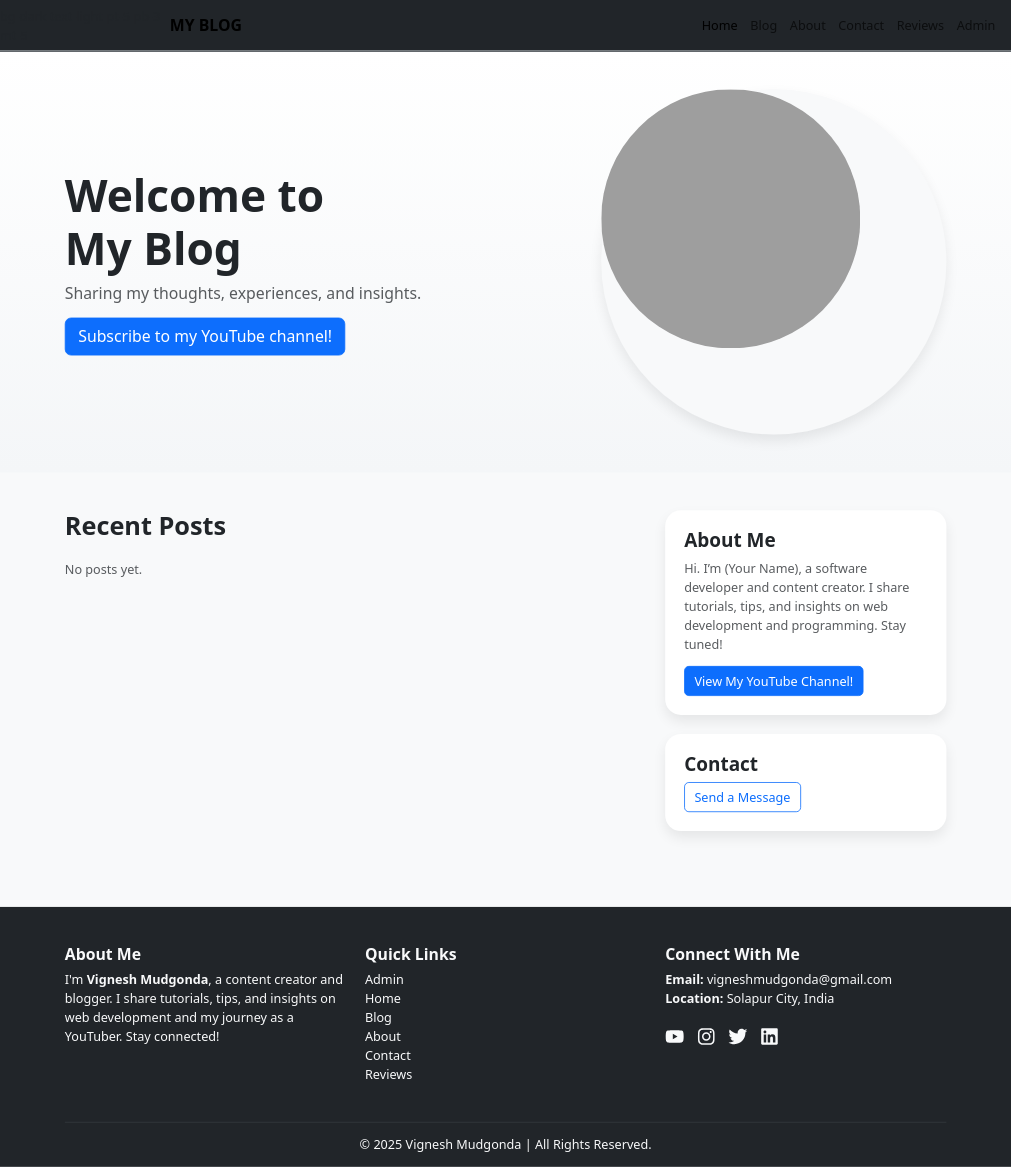
Repository: vigneshmudgonda/Blog2
Page: / (app in blog-frontend-full/)
These files come from the project's save history. The page is drawn as it stood at one moment and after the next save; the edit follows.
The browser window is 1280 px wide. The pictures show the whole page, at 79% of full size.
Pictures or frames that could not be fetched are drawn as grey boxes. The page's requests for data from a server got no answer. The project was rebuilt for these pictures with package versions that can differ from the ones it lists, and the page was loaded fresh each time. No one was signed in, and anything a server would have sent is missing. Also part of the build but not shown: blog-frontend-full/src/pages/BlogList.js, blog-frontend-full/src/pages/BlogDetail.js, blog-frontend-full/src/pages/Reviews.js, blog-frontend-full/src/pages/Contact.js, blog-frontend-full/src/pages/About.js, blog-frontend-full/src/pages/AdminLogin.js.

Above is the page before, as saved 2025-08-19 19:38:08.

### blog-frontend-full/public/index.html
<!DOCTYPE html>
<html lang="en">
  <head>
    <meta charset="utf-8" />
    <meta name="viewport" content="width=device-width, initial-scale=1" />
    <title>My Blog</title>
    <meta name="description" content="Personal blog powered by React + Bootstrap" />
    <link rel="icon" href="%PUBLIC_URL%/favicon.ico" />
  </head>
  <body>
    <noscript>You need to enable JavaScript to run this app.</noscript>
    <div id="root"></div>
  </body>
</html>

### blog-frontend-full/src/index.js
import React from 'react';
import { createRoot } from 'react-dom/client';
import { BrowserRouter } from 'react-router-dom';
import App from './App';
import 'bootstrap/dist/css/bootstrap.min.css';
import 'bootstrap/dist/js/bootstrap.bundle.min.js';
import './index.css';

const root = createRoot(document.getElementById('root'));
root.render(
  <BrowserRouter>
    <App/>
  </BrowserRouter>
);

### blog-frontend-full/src/App.js
import React from 'react';
import { Routes, Route } from 'react-router-dom';
import Navbar from './components/Navbar';
import Footer from './components/Footer';
import Home from './pages/Home';
import BlogList from './pages/BlogList';
import BlogDetail from './pages/BlogDetail';
import Reviews from './pages/Reviews';
import Contact from './pages/Contact';
import About from './pages/About';
import AdminLogin from './pages/AdminLogin';

export default function App(){
  return (
    <div className="d-flex flex-column min-vh-100">
      <Navbar/>
      <main className="flex-grow-1">
        <Routes>
          <Route path="/" element={<Home/>} />
          <Route path="/blog" element={<BlogList/>} />
          <Route path="/blog/:id" element={<BlogDetail/>} />
          <Route path="/reviews" element={<Reviews/>} />
          <Route path="/contact" element={<Contact/>} />
          <Route path="/about" element={<About/>} />
          <Route path="/login" element={<AdminLogin/>} />
        </Routes>
      </main>
      <Footer/>
    </div>
  );
}

### blog-frontend-full/src/index.css
:root{--radius:1.25rem}
body{background:#f8f9fa}
.shadow-soft{box-shadow:0 .5rem 1rem rgba(0,0,0,.08)}
.rounded-2xl{border-radius:var(--radius)}
.hero{background:linear-gradient(180deg,#ffffff 0%,#f4f6f8 100%)}
.post-card img{object-fit:cover;height:180px}
a{text-decoration:none}

### blog-frontend-full/src/components/Navbar.js
import React from 'react';
import { Link, NavLink } from 'react-router-dom';

export default function Navbar(){
  return (
    <nav className="navbar navbar-expand-lg bg-dark text border-bottom sticky-top">bg-dark text-light pt-5 pb-3 mt-5
      <div className="container">
        <Link className="navbar-brand fw-bold" to="/">MY BLOG</Link>
        <button className="navbar-toggler" type="button" data-bs-toggle="collapse" data-bs-target="#nav">
          <span className="navbar-toggler-icon"></span>
        </button>
        <div id="nav" className="collapse navbar-collapse ">
          <ul className="navbar-nav ms-auto">
            <li className="nav-item"><NavLink end className="nav-link" to="/">Home</NavLink></li>
            <li className="nav-item"><NavLink className="nav-link" to="/blog">Blog</NavLink></li>
            <li className="nav-item"><NavLink className="nav-link" to="/about">About</NavLink></li>
            <li className="nav-item"><NavLink className="nav-link" to="/contact">Contact</NavLink></li>
            <li className="nav-item"><NavLink className="nav-link" to="/reviews">Reviews</NavLink></li>
            <li className="nav-item"><NavLink className="nav-link" to="/login">Admin</NavLink></li>
          </ul>
        </div>
      </div>
    </nav>
  );
}

### blog-frontend-full/src/components/Footer.js
import React from "react";
import { Link } from "react-router-dom";
import {
  FaYoutube,
  FaInstagram,
  FaTwitter,
  FaLinkedin,
} from "react-icons/fa";

export default function Footer() {
  return (
    <footer className="bg-dark text-light pt-5 pb-3 mt-5">
      <div className="container">
        <div className="row">
          {/* About Me */}
          <div className="col-md-4 mb-3">
            <h5 className="fw-bold">About Me</h5>
            <p>
              I'm <strong>Vignesh Mudgonda</strong>, a content creator and
              blogger. I share tutorials, tips, and insights on web development
              and my journey as a YouTuber. Stay connected!
            </p>
          </div>

          {/* Quick Links */}
          <div className="col-md-4 mb-3">
            <h5 className="fw-bold">Quick Links</h5>
            <ul className="list-unstyled">
              <li><Link to="/admin" className="text-light text-decoration-none">Admin</Link></li>
              <li><Link to="/" className="text-light text-decoration-none">Home</Link></li>
              <li><Link to="/blog" className="text-light text-decoration-none">Blog</Link></li>
              <li><Link to="/about" className="text-light text-decoration-none">About</Link></li>
              <li><Link to="/contact" className="text-light text-decoration-none">Contact</Link></li>
              <li><Link to="/reviews" className="text-light text-decoration-none">Reviews</Link></li>
            </ul>
          </div>

          {/* Connect With Me */}
          <div className="col-md-4 mb-3">
            <h5 className="fw-bold">Connect With Me</h5>
            <p>
              <strong>Email:</strong>{" "}
              <a
                href="mailto:vigneshmudgonda@gmail.com"
                className="text-light text-decoration-none"
              >
                vigneshmudgonda@gmail.com
              </a>
              <br />
              <strong>Location:</strong> Solapur City, India
            </p>
            <div className="d-flex gap-3 fs-4">
              <a href="https://youtube.com" className="text-light"><FaYoutube /></a>
              <a href="https://instagram.com" className="text-light"><FaInstagram /></a>
              <a href="https://twitter.com" className="text-light"><FaTwitter /></a>
              <a href="https://linkedin.com" className="text-light"><FaLinkedin /></a>
            </div>
          </div>
        </div>

        <hr className="border-secondary" />
        <p className="text-center mb-0">
          © 2025 Vignesh Mudgonda | All Rights Reserved.
        </p>
      </div>
    </footer>
  );
}

### blog-frontend-full/src/pages/Home.js
import React, { useEffect, useState } from 'react';
import { Link } from 'react-router-dom';
import api from '../services/api';

export default function Home(){
  const [posts, setPosts] = useState([]);

  useEffect(()=>{
    (async ()=>{
      try{
        const res = await api.get('/api/blogs', { params: { limit: 2, page: 1 } });
        setPosts(res.data.blogs || []);
      }catch(e){ console.error(e); }
    })();
  },[]);

  return (
    <div>
      <section className="hero py-5">
        <div className="container">
          <div className="row align-items-center g-5">
            <div className="col-lg-7">
              <h1 className="display-4 fw-bold">Welcome to<br/>My Blog</h1>
              <p className="lead text-muted">Sharing my thoughts, experiences, and insights.</p>
              <a href={process.env.REACT_APP_YOUTUBE_URL || '#'} target="_blank" rel="noreferrer" className="btn btn-primary btn-lg">Subscribe to my YouTube channel!</a>
            </div>
            <div className="col-lg-5">
              <div className="bg-light rounded-circle ratio ratio-1x1 d-flex align-items-center justify-content-center shadow-soft">
                <img alt="Profile" className="rounded-circle w-75 h-75 object-fit-cover" src="https://i.pravatar.cc/300" />
              </div>
            </div>
          </div>
        </div>
      </section>

      <section className="container my-5">
        <div className="row">
          <div className="col-lg-8">
            <h2 className="fw-bold mb-4">Recent Posts</h2>
            <div className="row g-4">
              {posts.map(p => (
                <div className="col-md-6" key={p._id}>
                  <div className="card rounded-2xl shadow-soft post-card h-100">
                    {p.image && <img src={p.image} className="card-img-top" alt={p.title}/>}
                    <div className="card-body">
                      <h5 className="card-title">{p.title}</h5>
                      <p className="text-muted small mb-2">{new Date(p.createdAt || Date.now()).toDateString()}</p>
                      <p className="card-text">{(p.content || '').slice(0,100)}...</p>
                      <Link to={`/blog/${p._id}`} className="btn btn-outline-primary btn-sm">Read More</Link>
                    </div>
                  </div>
                </div>
              ))}
              {!posts.length && <p className="text-muted">No posts yet.</p>}
            </div>
          </div>

          <div className="col-lg-4">
            <div className="mb-4 p-4 bg-white rounded-2xl shadow-soft">
              <h4 className="fw-bold">About Me</h4>
              <p className="text-muted">Hi. I’m (Your Name), a software developer and content creator. I share tutorials, tips, and insights on web development and programming. Stay tuned!</p>
              <a className="btn btn-primary" href={process.env.REACT_APP_YOUTUBE_URL || '#'} target="_blank" rel="noreferrer">View My YouTube Channel!</a>
            </div>
            <div className="p-4 bg-white rounded-2xl shadow-soft">
              <h4 className="fw-bold">Contact</h4>
              <Link className="btn btn-outline-primary" to="/contact">Send a Message</Link>
            </div>
          </div>
        </div>
      </section>
    </div>
  );
}

### blog-frontend-full/src/services/api.js
import axios from 'axios';
const API_URL = process.env.REACT_APP_API_URL || 'http://localhost:5000';
const api = axios.create({ baseURL: API_URL });
export default api;

After the next save:
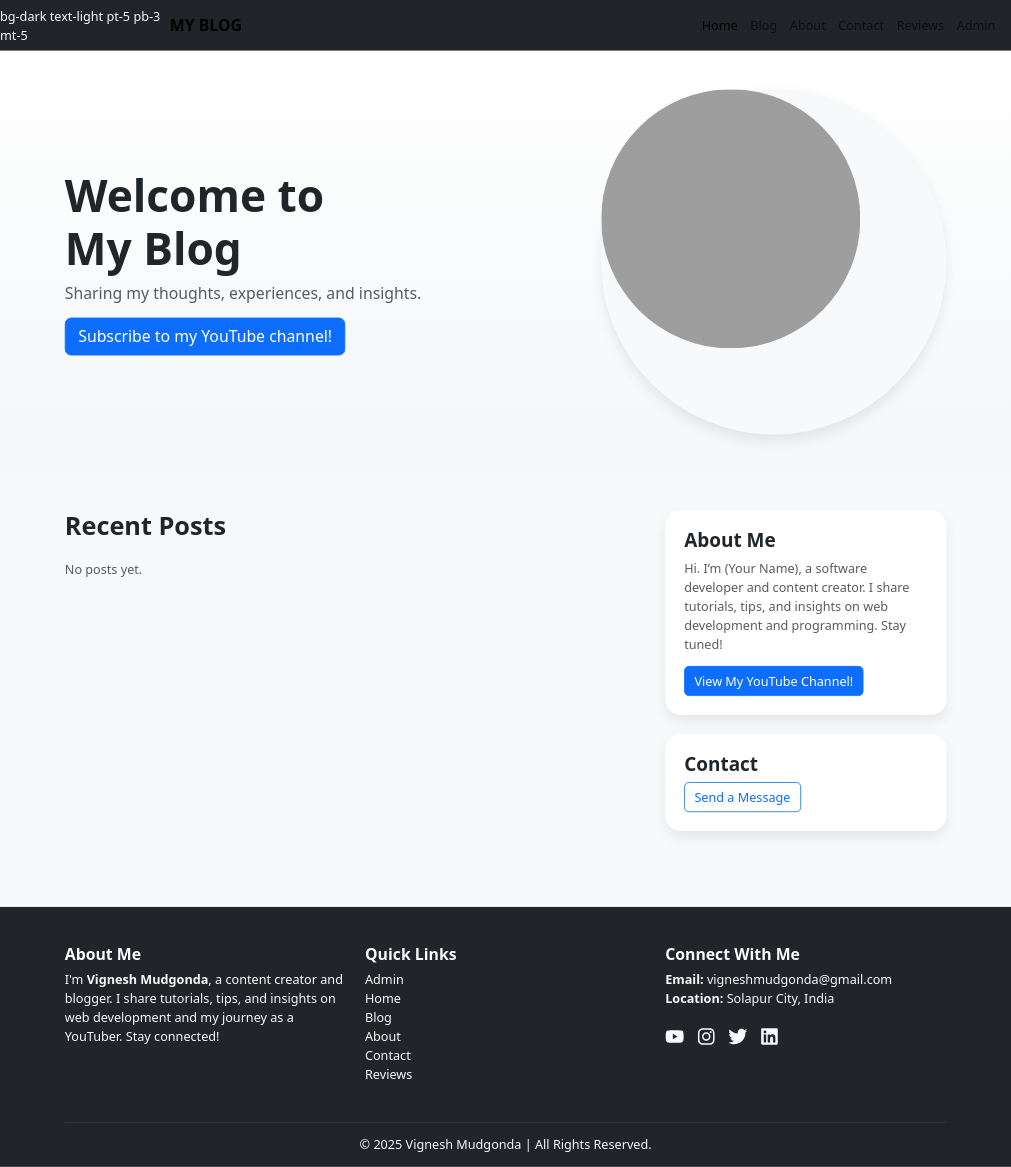
Saved 4 s later.
--- a/blog-frontend-full/src/components/Navbar.js
+++ b/blog-frontend-full/src/components/Navbar.js
@@ -3,7 +3,7 @@ import { Link, NavLink } from 'react-router-dom';
 
 export default function Navbar(){
   return (
-    <nav className="navbar navbar-expand-lg bg-dark text border-bottom sticky-top">bg-dark text-light pt-5 pb-3 mt-5
+    <nav className="navbar navbar-expand-lg bg-dark text-light border-bottom sticky-top">bg-dark text-light pt-5 pb-3 mt-5
       <div className="container">
         <Link className="navbar-brand fw-bold" to="/">MY BLOG</Link>
         <button className="navbar-toggler" type="button" data-bs-toggle="collapse" data-bs-target="#nav">
